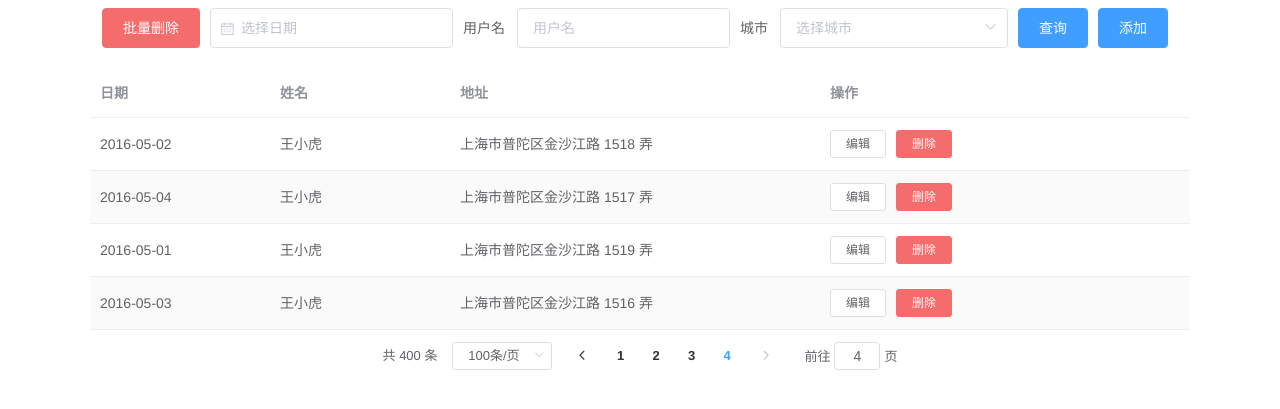
Repository: chang-meng-yun/vue_project
Page: /#/about
The author's editor kept a copy of each file at every save. The page is drawn from the files as they stood at one save, then again after the next save.
The browser window is 1280 px wide. The pictures show the whole page.
The project was rebuilt for these pictures with package versions that can differ from the ones it lists, and the page was loaded fresh each time. Also part of the build but not shown: vue.config.js, src/VBindStudy.vue, src/components/HelloWorld.vue, src/views/HomeView.vue, src/views/AboutView.vue.

Above is the page before, as saved 2024-06-27 12:20:54.

### public/index.html
<!DOCTYPE html>
<html lang="">
  <head>
    <meta charset="utf-8">
    <meta http-equiv="X-UA-Compatible" content="IE=edge">
    <meta name="viewport" content="width=device-width,initial-scale=1.0">
    <link rel="icon" href="<%= BASE_URL %>favicon.ico">
    <!-- <title><%= htmlWebpackPlugin.options.title %></title> -->
     <title>我是首页</title>
  </head>
  <body>
    <noscript>
      <strong>We're sorry but <%= htmlWebpackPlugin.options.title %> doesn't work properly without JavaScript enabled. Please enable it to continue.</strong>
    </noscript>
    <!-- 显示内容的地方 -->
    <div id="app"></div>
    <!-- built files will be auto injected -->
  </body>
</html>

### src/main.js
import Vue from 'vue'
import App from './App.vue'
import ElementUI from 'element-ui';
import 'element-ui/lib/theme-chalk/index.css';
import router from './router'

Vue.use(ElementUI);

Vue.config.productionTip = false
new Vue({
  router,
  render: h => h(App)
}).$mount('#app')

### src/App.vue
<template>
  <div id="app">
    <!-- <Hello></Hello> -->
    <!-- <VBindStudy></VBindStudy> -->
     <!-- <HomeWork></HomeWork> -->
      <!-- <reHome></reHome> -->
       <!-- <Model></Model> -->
        <FromFrame></FromFrame>
  </div>
</template>
<script>
  // 导入组件
  import Hello from '@/Hello.vue'
  import VBindStudy from '@/VBindStudy'
  import HomeWork from '@/HomeWork'
    import reHome from './views/reHome.vue'
  import FromFrame from '@/FromFrame.vue'
     // import Model from './views/Model.vue'
  export default{
    components:{
        Hello,
        VBindStudy,
        HomeWork,
        FromFrame
        // Model
    },
    data(){
      return{
        mark:true,
        name:"张三",
        mywidth:"350px",
        myImage:require("./assets/花.jpg")
      }
    },
    methods:{
     controller_div(){
        this.mark=!this.mark
        console.log(this.mark)
      },
      changeSize(){
        this.mywidth="500px"
      },
      changeImage(){
        console.log("pakaqiu")
        this.myImage=require("./assets/小樱花.webp")
      }
     }
    }
</script>
<style>
.box{
    width: 200px;
    height: 200px;
    background-color: red;
}
#app {
  font-family: Avenir, Helvetica, Arial, sans-serif;
  -webkit-font-smoothing: antialiased;
  -moz-osx-font-smoothing: grayscale;
  text-align: center;
  color: #2c3e50;
}

nav {
  padding: 30px;
}

nav a {
  font-weight: bold;
  color: #2c3e50;
}

nav a.router-link-exact-active {
  color: #42b983;
}
</style>

### src/Hello.vue
<template>
  <div>
        <!-- <nav>
      <router-link to="/">Home</router-link> |
      <router-link to="/about">About</router-link>
    </nav> -->
    <!-- <el-row>
      <el-button>默认按钮</el-button>
      <el-button type="primary">主要按钮</el-button>
      <el-button type="success">成功按钮</el-button>
      <el-button type="info">信息按钮</el-button>
      <el-button type="warning">警告按钮</el-button>
      <el-button type="danger">危险按钮</el-button>
    </el-row> -->

    <!-- <input  type="text" v-model="username"> -->
     <!-- <div  v-if="mark" class="box">
      div1-if标签
     </div> -->
     <!-- <el-button type="primary" v-on:click="controller_div()">控制div</el-button> -->
     <!-- <div  v-show ="mark" class="box"> -->
      <!-- div2-show标签 -->
     <!-- </div> -->
    <!-- <div>
      {{username}}
    </div> -->
    <!-- <router-view/> -->
     <!-- <hr> -->

     <el-row>
        <el-col :span="12">
          <div class="grid-content bg-purple">
         <img src="./assets/小雏菊.webp" v-bind:width="mywidth" />
         <br>
         <el-button type="primary" @click="changeSize()">改变大小</el-button>
        </div>
      </el-col>

        <el-col :span="12">
          <div class="grid-content bg-purple-light">
            <img v-bind:src="myImage" width="350px" />
            <br>
            <el-button type="primary" @click="changeImage()">改变图片</el-button>
        </div>
      </el-col>
      </el-row>

  </div>
</template>
<script>
     export default{
    // components:{
    //     Hello,
    //     VBindStudy
    // },
    data(){
      return{
        mark:true,
        name:"张三",
        mywidth:"350px",
        myImage:require("./assets/花.jpg")
      }
    },
    methods:{
     controller_div(){
        this.mark=!this.mark
        console.log(this.mark)
      },
      changeSize(){
        this.mywidth="500px"
      },
      changeImage(){
        console.log("pakaqiu")
        this.myImage=require("./assets/小樱花.webp")
      }
     },
     components:{

     }
    }
  </script>
  <style>
  .box{
      width: 200px;
      height: 200px;
      background-color: red;
  }
  #app {
    font-family: Avenir, Helvetica, Arial, sans-serif;
    -webkit-font-smoothing: antialiased;
    -moz-osx-font-smoothing: grayscale;
    text-align: center;
    color: #2c3e50;
  }

  nav {
    padding: 30px;
  }

  nav a {
    font-weight: bold;
    color: #2c3e50;
  }

  /* nav a.router-link-exact-active {
    color: #42b983;
  } */
  </style>

### src/HomeWork.vue
<template>
    <div id="all">

        <h3>请选择你喜欢的语言</h3>
        <table border="1" cellspacing="0" style="margin: 0 auto;" >
            <tr>
                <td v-for="(obj,index) in subject "
                :key="index"
                v-bind:class="{'bg':obj.mark}"
                @click="changeColor(obj,index)">{{obj.name}}</td>
            </tr>
        </table>

        <p style="text-align: center;">我最喜欢的编程语言是{{pro_name}}</p>
        <el-input v-model="inputName" placeholder="请输入你喜欢的书" style="width: 300px;"></el-input>
        <el-button type="primary" @click="addBook()">添加你喜欢的书本</el-button>
        <!-- <el-button type="primary" v-if="">隐藏</el-button> -->
       <!-- {{message}} -->


    </div>
</template>
<script>
    export default{
        data(){
        return{
            pro_name:"Java",
            inputName:"",
            subject:[
            {id:"1",name:"Java",mark:true},
            {id:"2",name:"C",mark:false},
            {id:"3",name:"C++",mark:false},
            {id:"4",name:"Python",mark:false},
            ],
        }
        },
        methods:{
            addBook(){
                console.log(this.inputName)
                this.subject.push({"name":this.inputName,"mark":false})
            },
            changeColor(obj,index){
                console.log(obj,index)
                this.pro_name = obj.name;
                for(var i=0;i<this.subject.length;i++){
                    this.subject[i].mark=false;
                }
                this.subject[index].mark=true;
                this.pro_name=this.subject[index].name;
            }
        },
        components:{

        }
    }

</script>
<style>
 tr td{
        width: 200px;
        height: 50px;
        /* background-color: rgb(130, 236, 176); */
    }
    .bg{
        /* background-color: rgb(218, 103, 80); */
    }
</style>

### src/views/reHome.vue
<template>
    <div>
       <h3>请选择你喜欢的语言</h3>
       <table cellspacing="0" border="1" style="margin: 0 auto;">
        <tr>
            <td v-for="(obj,index) in subjects"
            :key="index"
            v_bind :class="{'bg1':obj.mark}"
            @click="changeColor(obj,index)">
            {{obj.name}}
            </td>
        </tr>
       </table>
       <p>我最喜欢的语言是{{proname}}</p>
    </div>
</template>
<script>
  export default{
    data(){
        return{
          proname:"java",
          subjects:[
            {name:"Java",mark:true},
            {name:"C",mark:false},
            {name:"C++",mark:false},
            {name:"Python",mark:false},
          ]
        }
    },
    methods:{
        changeColor(obj,index){
            console.log(obj,index)
            this.proname=obj.name
            for(var i = 0;i<this.subjects.length;i++){
                this.subjects[i].mark=false;
            }
            obj.mark=true;
        }
    },
    components:{

    },
  }
</script>
<style>
 tr td{
        width: 200px;
        height: 50px;
        /* background-color: rgb(130, 236, 176); */
    }
    .bg1{
        /* background-color: rgb(218, 103, 80); */
    }
</style>

### src/FromFrame.vue
<template>
    <div style="width: 1100px;margin: 0 auto;">
        <!-- 功能区域 -->
        <div>
              <el-form :inline="true" :model="formInline" class="demo-form-inline">
                <el-form-item>
                    <el-button type="danger" @click="deleteAll">批量删除</el-button>
                  </el-form-item>
                <el-form-item prop="date1">
                    <el-date-picker type="date" placeholder="选择日期" v-model="formInline.date1" style="width: 100%;"></el-date-picker>
                  </el-form-item>
                <el-form-item label="用户名">
                  <el-input v-model="formInline.user" placeholder="用户名"></el-input>
                </el-form-item>
                <el-form-item label="城市">
                  <el-select v-model="formInline.region" placeholder="选择城市">
                    <el-option label="上海" value="shanghai"></el-option>
                    <el-option label="北京" value="beijing"></el-option>
                  </el-select>
                </el-form-item>
                <el-form-item>
                  <el-button type="primary" @click="onSubmit">查询</el-button>
                </el-form-item>
                <el-form-item>
                    <el-button type="primary" @click="addUser">添加</el-button>
                  </el-form-item>
              </el-form>
        </div>


        <!-- 数据显示区 -->
    <div>
        <el-table :data="tableData" stripe style="width: 100%">
        <el-table-column  prop="date" label="日期"width="180"></el-table-column>
        <el-table-column prop="name" label="姓名" width="180"></el-table-column>
        <el-table-column
          prop="address"
          label="地址">
        </el-table-column>
        <el-table-column label="操作">
            <template slot-scope="scope">
              <el-button
                size="mini"
                @click="handleEdit(scope.$index, scope.row)">编辑</el-button>
              <el-button
                size="mini"
                type="danger"
                @click="handleDelete(scope.$index, scope.row)">删除</el-button>
            </template>
          </el-table-column>
      </el-table>
    </div>
    <!-- 完整功能--页码 -->
    <div class="block" style="margin-top: 10px;">
        <span class="demonstration"></span>
        <el-pagination
          @size-change="handleSizeChange"
          @current-change="handleCurrentChange"
          :current-page="currentPage4"
          :page-sizes="[100, 200, 300, 400]"
          :page-size="100"
          layout="total, sizes, prev, pager, next, jumper"
          :total="400">
        </el-pagination>
      </div>
    </div>
</template>
<script>
     export default{
        data(){
        return{
            tableData: [{
            date: '2016-05-02',
            name: '王小虎',
            address: '上海市普陀区金沙江路 1518 弄'
            }, {
            date: '2016-05-04',
            name: '王小虎',
            address: '上海市普陀区金沙江路 1517 弄'
            }, {
            date: '2016-05-01',
            name: '王小虎',
            address: '上海市普陀区金沙江路 1519 弄'
            }, {
            date: '2016-05-03',
            name: '王小虎',
            address: '上海市普陀区金沙江路 1516 弄'
            }],
            formInline: {
            user: '',
            region: '',
            date1: '',
            },
            currentPage1: 5,
            currentPage2: 5,
            currentPage3: 5,
            currentPage4: 4
         }
        },
        methods: {
            handleEdit(index, row) {
            console.log(index, row);
            },
            handleDelete(index, row) {
            console.log(index, row);
            },
            onSubmit() {
           console.log('submit!');
           },
           handleSizeChange(val) {
           console.log(`每页 ${val} 条`);
            },
            handleCurrentChange(val) {
                console.log(`当前页: ${val}`);
            },
            deleteAll(){
                // 批量删除
            },
            addUser(){
                // 添加
            }
        },
        components:{

        }
     }
</script>
<style>

</style>

Loaded but not shown: src/router/index.js (common file)

After the next save:
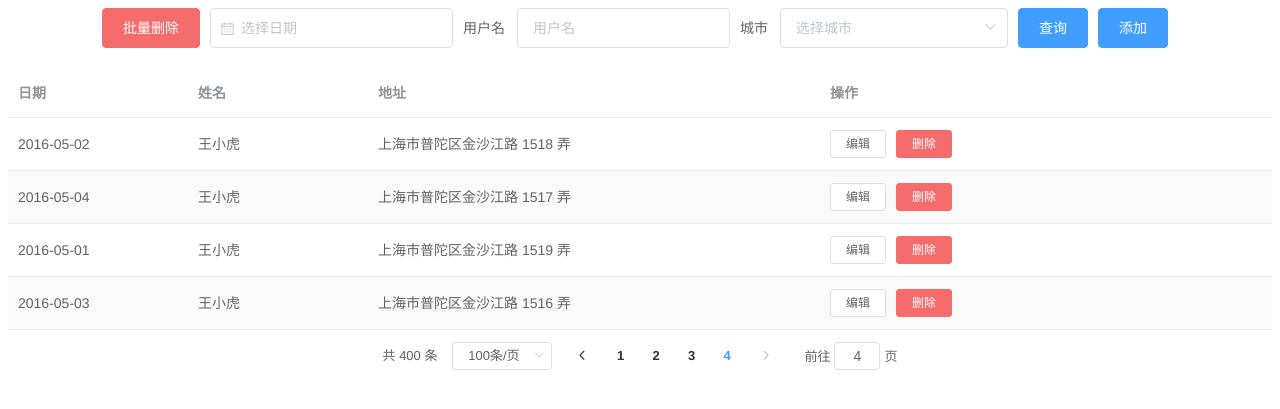
Saved 11 s later.
--- a/src/FromFrame.vue
+++ b/src/FromFrame.vue
@@ -1,5 +1,5 @@
 <template>
-    <div style="width: 1100px;margin: 0 auto;">
+    <div>
         <!-- 功能区域 -->
         <div>
               <el-form :inline="true" :model="formInline" class="demo-form-inline">
